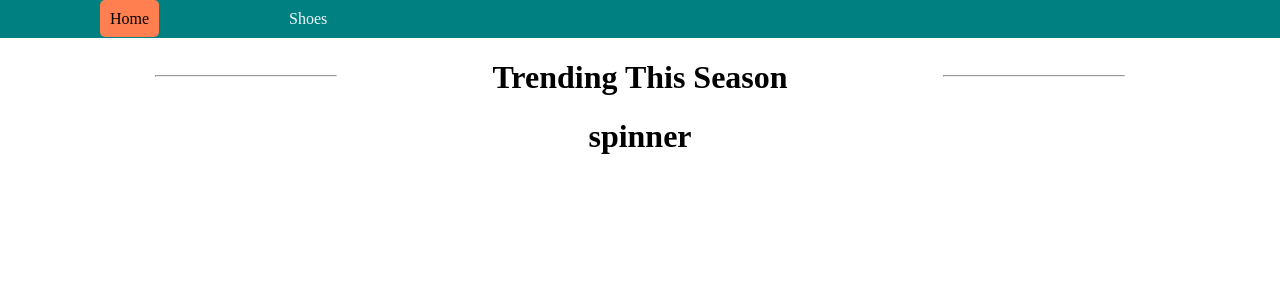
Repository: SalehK98/shop_app
Page: /
An editor plug-in stored every save of this project. The page is shown before and after the next save, followed by the edit.
The browser window is 1280 px wide. The pictures show the whole page.
The page's requests for data from a server got no answer. The project was rebuilt for these pictures with package versions that can differ from the ones it lists, and the page was loaded fresh each time. No one was signed in, and anything a server would have sent is missing. Also part of the build but not shown: src/components/ShoeCard/ShoeCard.jsx, src/pages/Shoes/Shoes.jsx, src/pages/Shoe/Shoe.jsx, src/pages/Error/Error.jsx. Imported but missing from the stored project, and not drawn on this page: src/assets/video/preview.mp4.

Above is the page before, as saved 2023-02-28 11:20:18.

### src/index.css
body {
  margin: 0;
  padding: 0;
  box-sizing: border-box;

  font-family: cursive;
  /* font-family: -apple-system, BlinkMacSystemFont, "Segoe UI", "Roboto", "Oxygen",
    "Ubuntu", "Cantarell", "Fira Sans", "Droid Sans", "Helvetica Neue",
    sans-serif;
  -webkit-font-smoothing: antialiased;
  -moz-osx-font-smoothing: grayscale; */
}

code {
  font-family: source-code-pro, Menlo, Monaco, Consolas, "Courier New",
    monospace;
}

#root {
  margin: 0;
  padding: 0;
}

### src/App.js
import "./App.css";
import { createBrowserRouter, RouterProvider } from "react-router-dom";
import Home from "./pages/Home/Home";
import Shoes from "./pages/Shoes/Shoes";
import Shoe from "./pages/Shoe/Shoe";
import Error from "./pages/Error/Error";
import LayoutWrapper from "./components/LayoutWrapper/LayoutWrapper";

function App() {
  const router = createBrowserRouter([
    {
      path: "",
      element: <LayoutWrapper />,
      errorElement: <Error />,
      children: [
        {
          path: "/",
          element: <Home />,
        },
        {
          path: "shoes",
          element: <Shoes />,
        },
        {
          path: "shoes/:showId",
          element: <Shoe />,
        },
        {
          path: "addShoe",
          element: <Shoes />,
        },
      ],
    },
  ]);
  return (
    <div className="App">
      <RouterProvider router={router} />
    </div>
  );
}

export default App;

### src/App.css
.App {
  text-align: center;
  margin: 0;
  padding: 0;
}

### src/pages/Home/Home.jsx
import React, { useEffect, useRef, useState } from "react";
import preview from "../../assets/video/preview.mp4";
import ShoeCard from "../../components/ShoeCard/ShoeCard";
import fetchData from "../../utilities";

export default function Home() {
  const [data, setData] = useState(null);
  // const video = new VideoPlayer();

  const videoRef = useRef(null);

  const [playing, setPlaying] = useState(false);

  useEffect(() => {
    fetchData().then((res) => {
      setData(res);
      console.log("data", data);
    });
  }, []);

  return (
    <div>
      {/* <video
        onClick={() => {
          console.log("videoRef3", videoRef);
        }}
        onCanPlay={() => {
          console.log("videoRef", videoRef);
          console.log("playing", playing);
          setPlaying(true);
          console.log("videoRef", videoRef);
          console.log("playing", playing);
        }}
        onPlaying={() => {
          console.log("videoRef2", videoRef);
        }}
        // onClick={handleClick}
        // ref={videoRef}
        src={preview}
        autoPlay
        // loop
        // muted
        controls
        width="80%"
        // height="80vh"
        style={{
          boxSizing: "border-box",
          // marginTop: "70px",
          padding: "0",
          zIndex: "-2",
          // position: "relative",
        }}
      /> */}
      {/* {playVideo()} */}
      <h1 style={{ display: "flex", textAlign: "center  " }}>
        <hr width="180vw" style={{ height: "0" }} />
        Trending This Season
        <hr width="180vw" style={{ height: "0" }} />
      </h1>

      {data ? (
        data.map((el) => {
          return <h1>{el.name}</h1>;
        })
      ) : (
        <h1>spinner</h1>
      )}
      {/* <ShoeCard /> */}
    </div>
  );
}

### src/components/LayoutWrapper/LayoutWrapper.jsx
import React from "react";
import { Outlet } from "react-router";
import NavBar from "../NavBar/NavBar";

export default function LayoutWrapper() {
  return (
    <div>
      <NavBar />
      <Outlet />
    </div>
  );
}

### src/utilities.js
async function fetchData() {
  let data;
  await fetch("https://63fa279abeec322c57ee67b5.mockapi.io/shop/shoe")
    .then((res) => {
      if (!res.ok) {
        throw new Error("response was not ok");
      }
      return res.json();
    })
    .then((results) => {
      data = results;
    })
    .catch((err) => {
      console.log("Error", err);
    });
  console.log("here", data);
  return data;
}

export default fetchData;

### src/components/NavBar/NavBar.jsx
import React from "react";
import { NavLink } from "react-router-dom";
import "./NavBar.module.css";

export default function NavBar() {
  let activeStyle = {
    color: "black",
    backgroundColor: "coral",
    border: "transparent",
    borderRadius: "5px",
  };
  return (
    <nav>
      <ul>
        <li>
          <NavLink
            to="/"
            style={({ isActive }) => (isActive ? activeStyle : undefined)}
          >
            Home
          </NavLink>
        </li>
        <li>
          <NavLink
            to="/shoes"
            style={({ isActive }) => (isActive ? activeStyle : undefined)}
          >
            Shoes
          </NavLink>
        </li>
      </ul>
    </nav>
  );
}

### src/components/NavBar/NavBar.module.css
nav {
  background-color: teal;
}

ul {
  margin: 0;
  list-style: none;
  display: flex;
  position: sticky;
  top: 0;
  left: 0;
}

li {
  margin: 0 50px;
  padding: 10px;
}

ul li a {
  text-decoration: none;
  color: aliceblue;
  padding: 10px;
}

Loaded but not shown: public/index.html (common file); src/index.js (common file); src/reportWebVitals.js (common file)

After the next save:
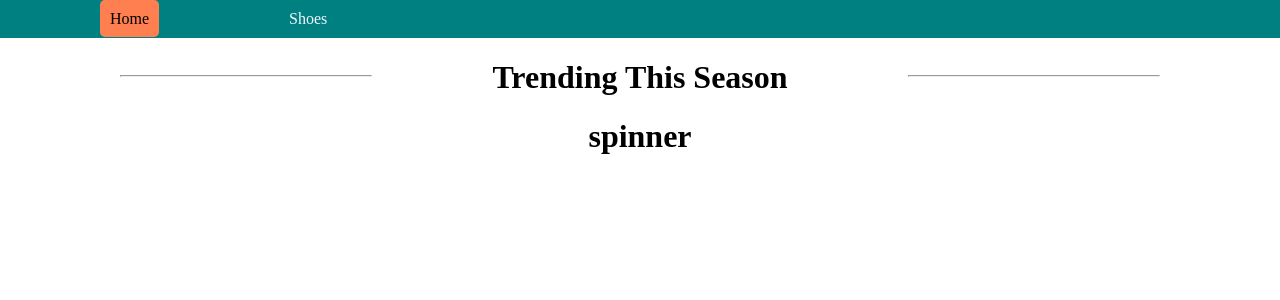
Saved 6 s later.
--- a/src/pages/Home/Home.jsx
+++ b/src/pages/Home/Home.jsx
@@ -53,9 +53,9 @@ export default function Home() {
       /> */}
       {/* {playVideo()} */}
       <h1 style={{ display: "flex", textAlign: "center  " }}>
-        <hr width="180vw" style={{ height: "0" }} />
+        <hr width="250vw" style={{ height: "0" }} />
         Trending This Season
-        <hr width="180vw" style={{ height: "0" }} />
+        <hr width="250vw" style={{ height: "0" }} />
       </h1>
 
       {data ? (
